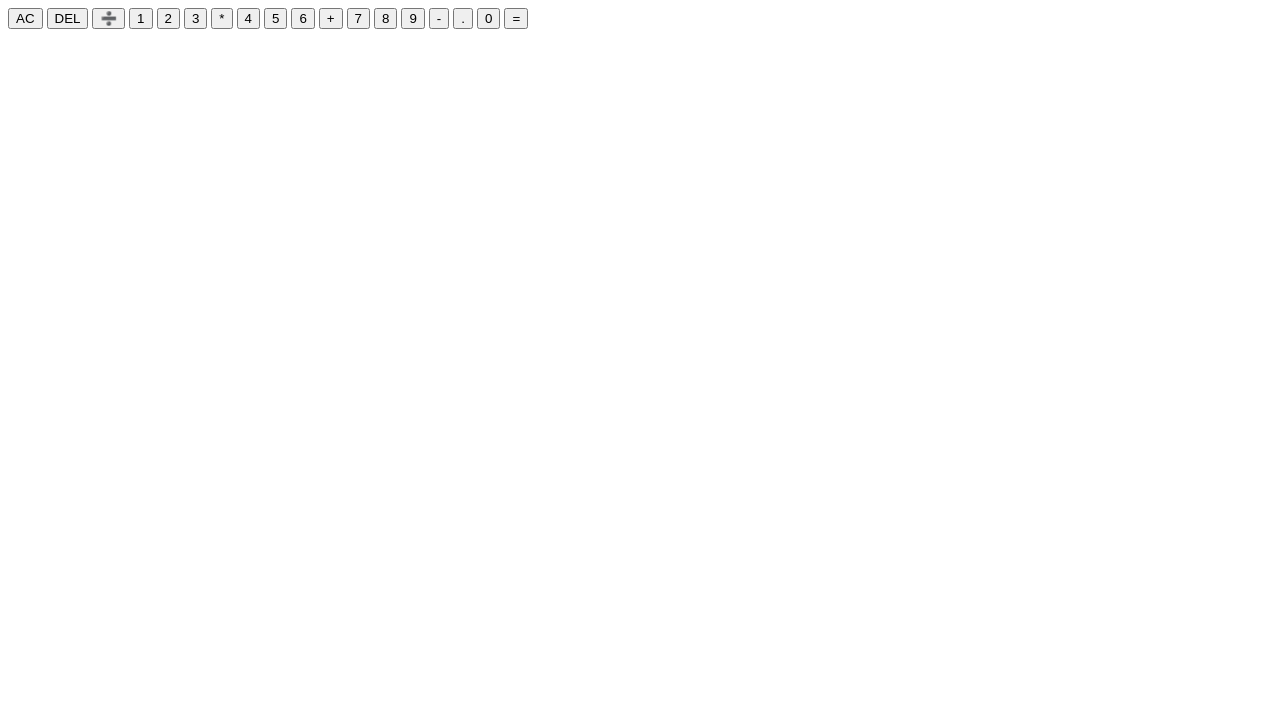
Repository: burntaftermint/calculator
Page: index.html
An editor plug-in stored every save of this project. The page is shown before and after the next save, followed by the edit.
The browser window is 1280 px wide. The pictures show the whole page.

Above is the page before, as saved 2023-11-01 02:23:06.

After the next save:
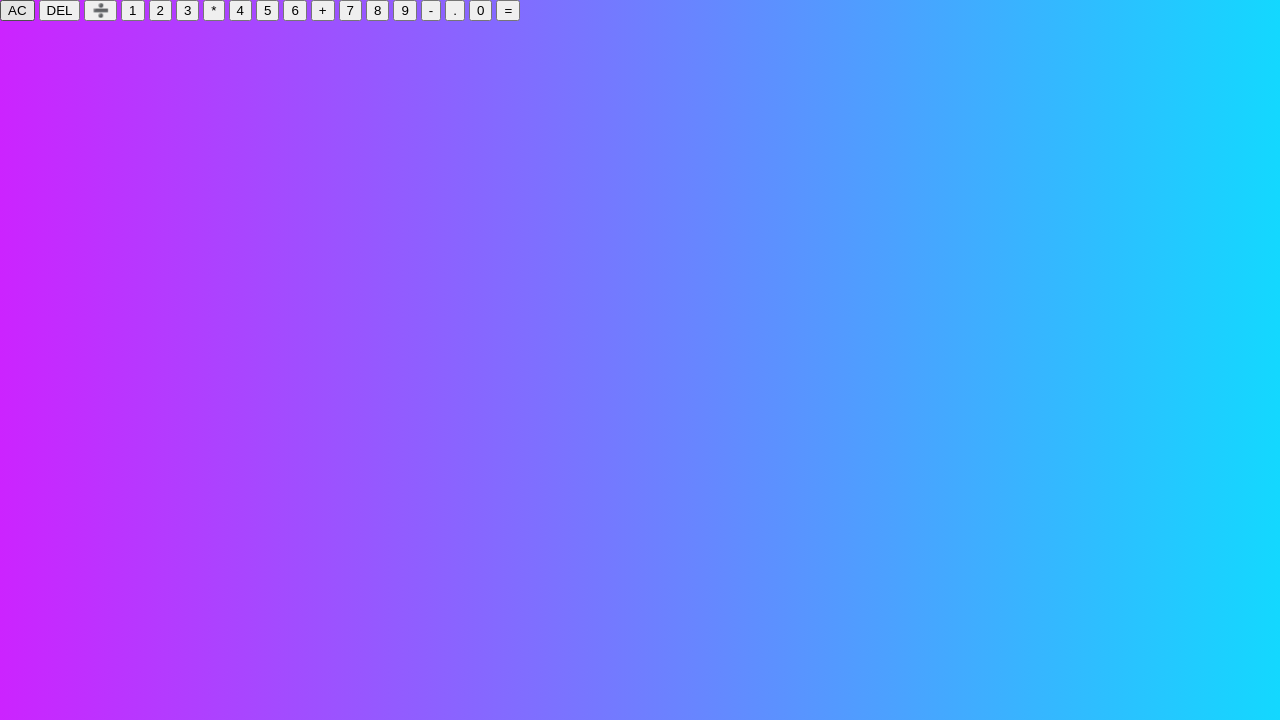
Saved 91 s later.
--- a/styles.css
+++ b/styles.css
@@ -3,3 +3,9 @@
     font-family: Gotham Rounded, sans-serif;
     font-weight: normal;
 }
+
+body {
+    padding: 0;
+    margin: 0;
+    background: linear-gradient(to right, #cc23ff, #13d8ff);
+}
